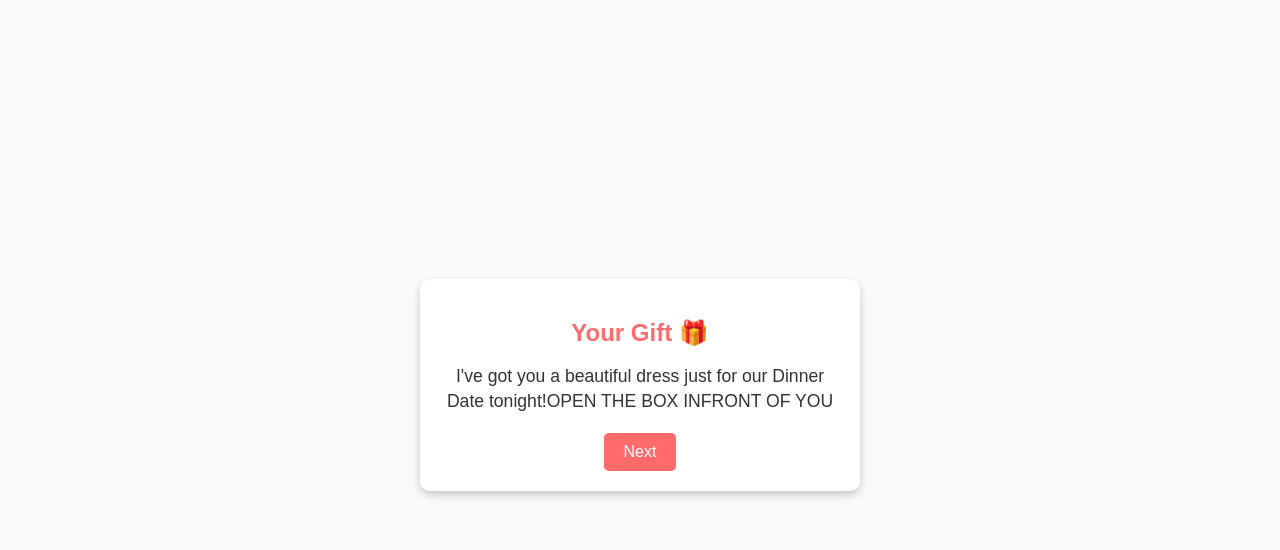
Repository: makanda596/s
Page: /, after clicking the first element matching `button`
An editor plug-in stored every save of this project. The page is shown before and after the next save, followed by the edit.
The browser window is 1280 px wide. The pictures show the whole page.
The project was rebuilt for these pictures with package versions that can differ from the ones it lists, and the page was loaded fresh each time. Also part of the build but not shown: src/Dinner.js, src/Proposal.js.

Above is the page before, as saved 2024-11-13 14:26:13.

### src/App.js
import React, { useState } from 'react';
import Home from './Home';
import Gift from './Gift';
import "./App.css"
import Dinner from './Dinner';
import Proposal from './Proposal';

function App() {
  const [step, setStep] = useState(1);

  const nextStep = () => setStep(step + 1);

  return (
    <div>
      {step === 1 && <Home nextStep={nextStep} />}
      {step === 2 && <Gift nextStep={nextStep} />}
      {step === 3 && <Dinner nextStep={nextStep} />}
      {step === 4 && <Proposal />}
    </div>
  );
}

export default App;

### src/Home.js
import React from 'react';

function Home({ nextStep }) {
    return (
        <div className="container" style={{ textAlign: 'center', marginTop: '50px' }}>
            <h1>Hey babe 💖</h1>
            <p>I have a surprise for you! Click 'Continue' to see it.</p>
            <button onClick={nextStep}>Continue</button>
        </div>
    );
}

export default Home;

### src/Gift.js
import React from 'react';

function Gift({ nextStep }) {
    return (
        <div className="container" style={{ textAlign: 'center', marginTop: '50px' }}>
            <h2>Your Gift 🎁</h2>
            <p>I've got you a beautiful dress just for our Dinner Date tonight!<span>OPEN THE BOX INFRONT OF YOU</span></p>
            <button onClick={nextStep}>Next</button>
        </div>
    );
}

export default Gift;

### src/App.css
/* Center all content vertically and horizontally */
body, html {
    display: flex;
    align-items: center;
    justify-content: center;
    height: 100vh;
    margin: 0;
    font-family: Arial, sans-serif;
    background-color: #f9f9f9;
}

/* Style container for each page */
.container {
    text-align: center;
    padding: 20px;
    max-width: 400px;
    background: #ffffff;
    box-shadow: 0 4px 8px rgba(0, 0, 0, 0.2);
    border-radius: 10px;
}

/* Style for main headings */
h1, h2 {
    color: #ff6b6b;
    margin-bottom: 10px;
}

/* Subtext styles */
p {
    color: #333;
    font-size: 1.1em;
    line-height: 1.4;
    margin-bottom: 20px;
}

/* Button styles */
button {
    padding: 10px 20px;
    font-size: 1em;
    color: #fff;
    background-color: #ff6b6b;
    border: none;
    border-radius: 5px;
    cursor: pointer;
    transition: background-color 0.3s ease;
}

button:hover {
    background-color: #e65555;
}

Loaded but not shown: public/index.html (common file); src/index.js (common file); src/index.css (common file); src/reportWebVitals.js (common file)

After the next save:
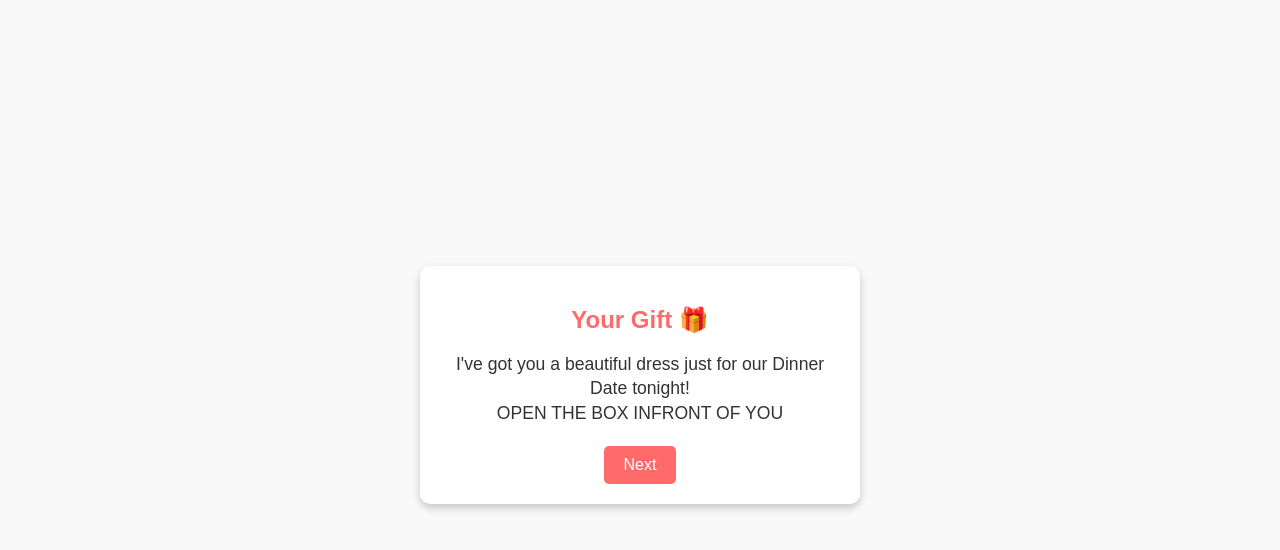
Saved 14 s later.
--- a/src/Gift.js
+++ b/src/Gift.js
@@ -4,7 +4,7 @@ function Gift({ nextStep }) {
     return (
         <div className="container" style={{ textAlign: 'center', marginTop: '50px' }}>
             <h2>Your Gift 🎁</h2>
-            <p>I've got you a beautiful dress just for our Dinner Date tonight!<span>OPEN THE BOX INFRONT OF YOU</span></p>
+            <p>I've got you a beautiful dress just for our Dinner Date tonight!<br /><span>OPEN THE BOX INFRONT OF YOU</span></p>
             <button onClick={nextStep}>Next</button>
         </div>
     );
